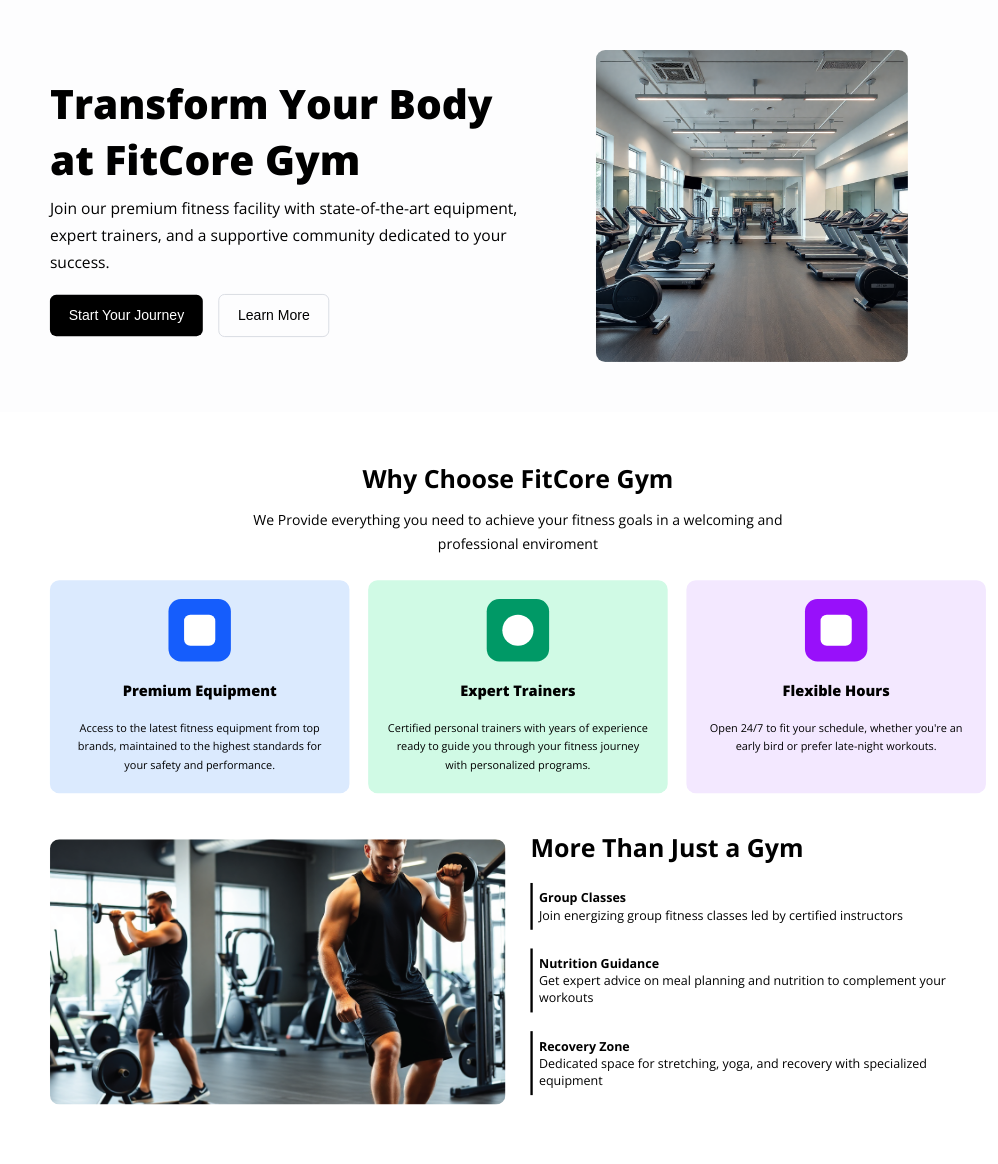
Repository: abdobadawi-ops/Route-Academy-Assignments
Page: Secon Assignment - fit-core-gym/index.html
These files come from the project's save history. The page is drawn as it stood at one moment and after the next save; the edit follows.
The browser window is 1280 px wide. The pictures show the whole page, at 78% of full size.

Above is the page before, as saved 2026-04-28 13:19:07.

After the next save:
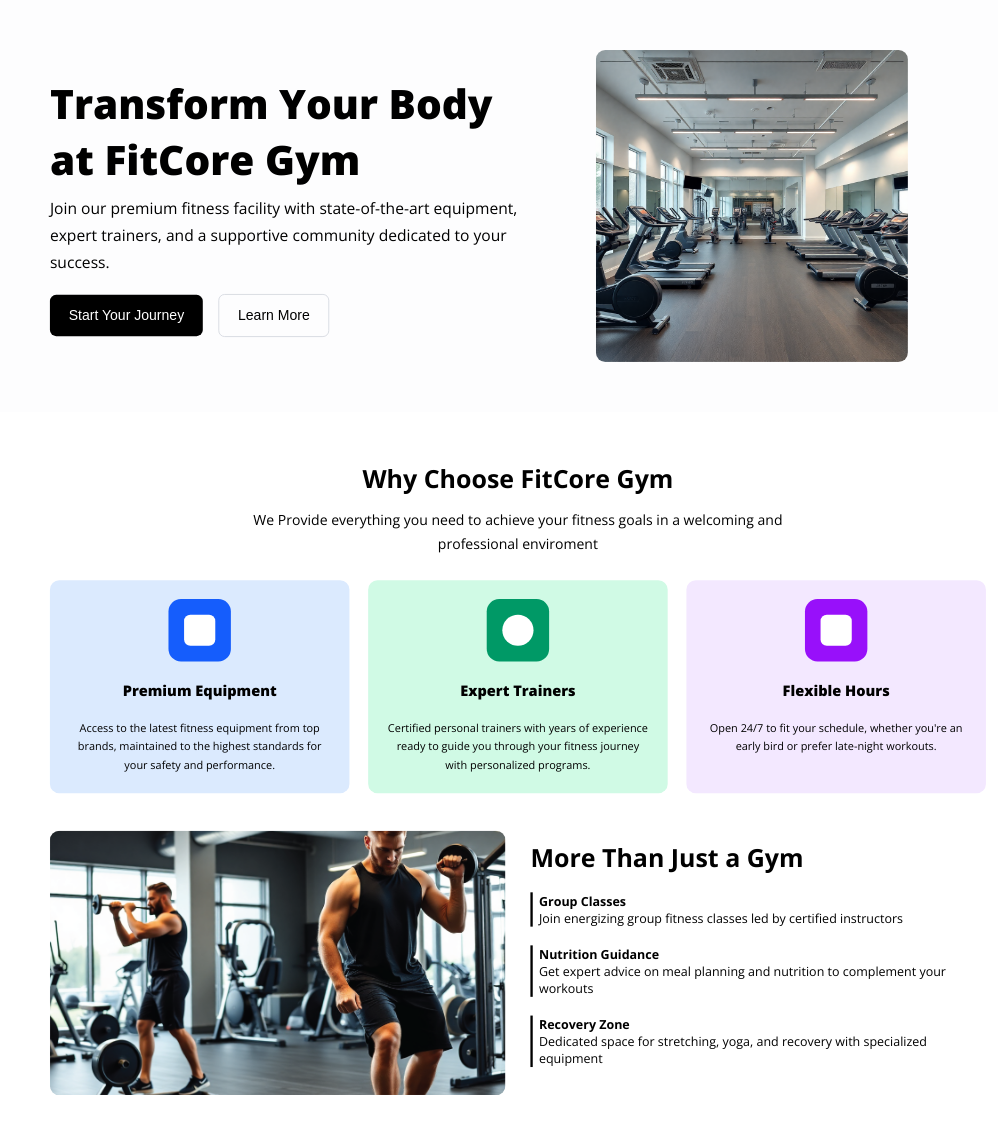
Saved 24 s later.
--- a/Secon Assignment - fit-core-gym/style.css
+++ b/Secon Assignment - fit-core-gym/style.css
@@ -189,7 +189,7 @@ header {
     display: flex;
     flex-direction: column;
     border-left: 3px solid #000;
-    padding: 8px;
+    padding-inline: 8px;
     margin-bottom: 24px;
   }
 }
